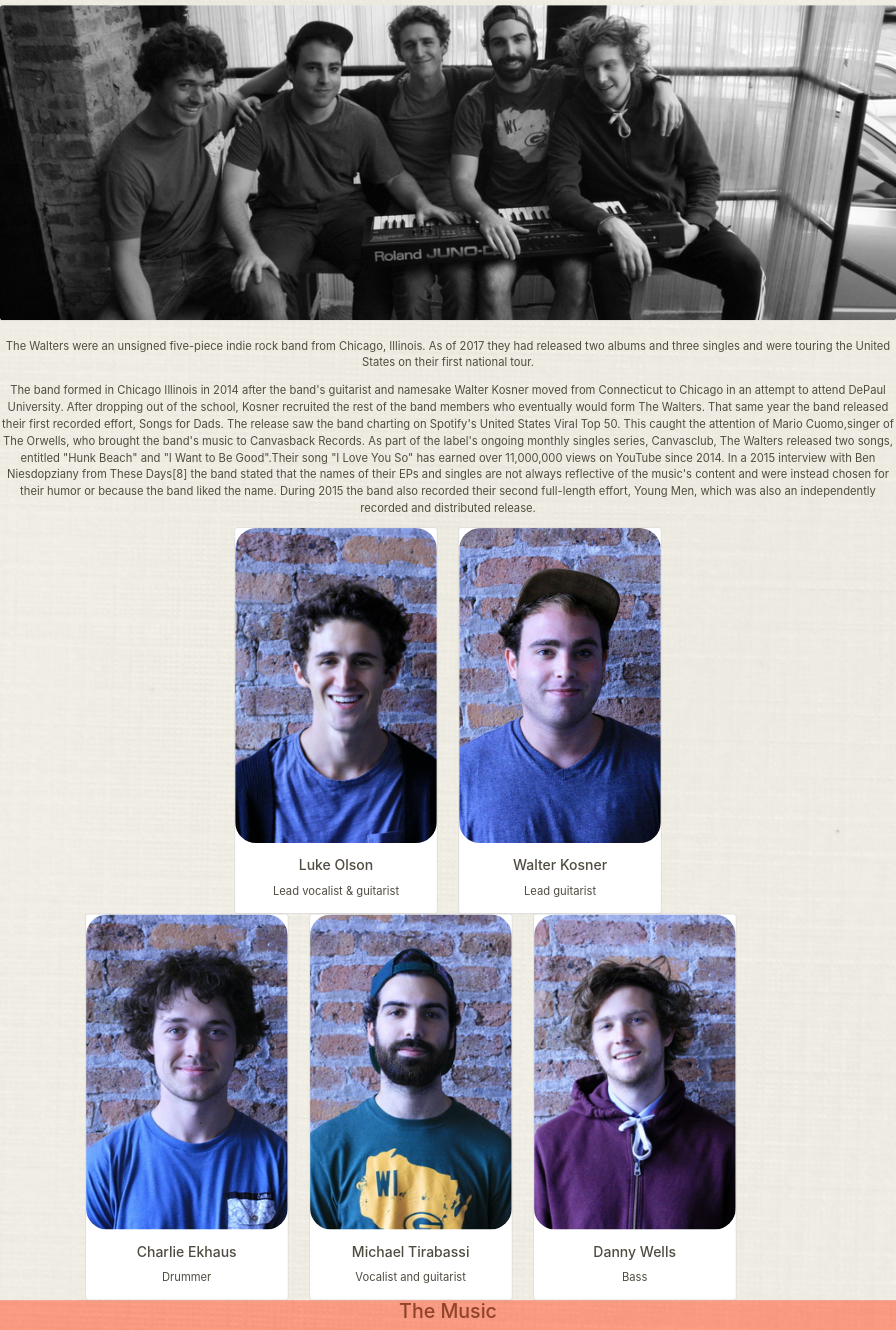
Repository: yucheng91/CIassignment1
Page: index.html
The author's editor kept a record of every edit. The page is drawn from the files as they stood at one moment, then again after the next edit.
The browser window is 1280 px wide. The pictures show the part of the page from y = 968 to 2868 px (the page is 4039 px tall before and 4054 px after), at 70% of full size.
Pictures or frames that could not be fetched are drawn as grey boxes.

Above is the page before.

### index.html
<!doctype html>
<html lang="en">

<head>
  <!-- Required meta tags -->
  <meta charset="utf-8">
  <meta name="viewport" content="width=device-width, initial-scale=1, shrink-to-fit=no">

  <!-- Bootstrap CSS -->
  <link rel="stylesheet" href="https://stackpath.bootstrapcdn.com/bootstrap/4.3.1/css/bootstrap.min.css" integrity="sha384-ggOyR0iXCbMQv3Xipma34MD+dH/1fQ784/j6cY/iJTQUOhcWr7x9JvoRxT2MZw1T" crossorigin="anonymous">
  <link rel="stylesheet" href="newstyle.css" type="text/css" />
  <link rel="stylesheet" href="https://maxcdn.bootstrapcdn.com/font-awesome/4.7.0/css/font-awesome.min.css" type="text/css" />
  <title>The Walters</title>
</head>

<body>
  <header>
    <div class="container-fluid">
      <div class="row">
        <div class="col">
          <a name="Home" />
          <div class="vintage__container">
            <p class="vintage vintage__bot">THE WALTERS</p>
          </div>
        </div>
      </div>
      <div>
        <a href="https://www.facebook.com"><i class="fa fa-facebook-square fa-2x" aria-hidden="true"></i></a>
        <a href="https://www.twitter.com"><i class="fa fa-twitter-square fa-2x" aria-hidden="true"></i></a>
        <a href="https://www.youtube.com"><i class="fa fa-youtube-square fa-2x" aria-hidden="true"></i></a>
      </div>
    </div>
    </div>
  </header>

  <section id="thecarousel">
    <div id="carouselExampleControls" class="carousel slide" data-ride="carousel">
      <div class="carousel-inner">
        <div class="carousel-item active">
          <img class="d-block w-100" src="images/c1.jpg" alt="First slide">
        </div>
        <div class="carousel-item">
          <img class="d-block w-100" src="images/c2.jpg" alt="Second slide">
        </div>
        <div class="carousel-item">
          <img class="d-block w-100" src="images/c3.jpg" alt="Third slide">
        </div>
      </div>
      <a class="carousel-control-prev" href="#carouselExampleControls" role="button" data-slide="prev">
    <span class="carousel-control-prev-icon" aria-hidden="true"></span>
    <span class="sr-only">Previous</span>
  </a>
      <a class="carousel-control-next" href="#carouselExampleControls" role="button" data-slide="next">
    <span class="carousel-control-next-icon" aria-hidden="true"></span>
    <span class="sr-only">Next</span>
  </a>
    </div>
  </section>

  <section id="upcomingshow">
    <div>
      <h1>Upcoming Shows 2019</h1>
      <div class="container-fluid">
        <div class="row">
          <div class="col-12 col-md-3">
            <p>26-27 JUL</p>
          </div>
          <div class="col-12 col-md-6">
            <p>Hard Rock Hotel, Resort World Sentosa</p>
          </div>
          <div class="col-12 col-md-3 text-center">
            <a href="https://www.eventbrite.sg"><button type="button" class="btn btn-dark">RSVP</button></p></a>
          </div>
        </div>

        <div class="row">
          <div class="col-12 col-md-3">
            <p>30-31 AUG</p>
          </div>
          <div class="col-12 col-md-6">
            <p>Hard Rock Cafe, Orchard Singapore</p>
          </div>
          <div class="col-12 col-md-3 text-center">
            <a href="https://www.eventbrite.sg"><button type="button" class="btn btn-dark">RSVP</button></p></a>
          </div>
        </div>
        <div class="row">
          <div class="col-12 col-md-3">
            <p>27-28 SEP</p>
          </div>
          <div class="col-12 col-md-6">
            <p>Hard Rock Hotel, Resort World Sentosa</p>
          </div>
          <div class="col-12 col-md-3 text-center">
            <a href="https://www.eventbrite.sg"><button type="button" class="btn btn-dark">RSVP</button></p></a>
          </div>
        </div>
        <div class="row">
          <div class="col-12 col-md-3">
            <p>27-28 SEP</p>
          </div>
          <div class="col-12 col-md-6">
            <p>Hard Rock Hotel, Resort World Sentosa</p>
          </div>
          <div class="col-12 col-md-3 text-center">
            <a href="https://www.eventbrite.sg"><button type="button" class="btn btn-dark">RSVP</button></p></a>
          </div>
        </div>
      </div>
  </section>

  <section id="themembers">
    <div class="members">
      <a name="TheWalters" />
      <h1>The Walters</h1>
      <img src="images/groupphoto.jpeg" class="img-fluid rounded" alt="Responsive image">
      <br><br>
      <p>The Walters were an unsigned five-piece indie rock band from Chicago, Illinois. As of 2017 they had released two albums and three singles and were touring the United States on their first national tour.</p>
      <p>The band formed in Chicago Illinois in 2014 after the band's guitarist and namesake Walter Kosner moved from Connecticut to Chicago in an attempt to attend DePaul University. After dropping out of the school, Kosner recruited the rest of the band
        members who eventually would form The Walters. That same year the band released their first recorded effort, Songs for Dads. The release saw the band charting on Spotify's United States Viral Top 50. This caught the attention of Mario Cuomo,singer
        of The Orwells, who brought the band's music to Canvasback Records. As part of the label's ongoing monthly singles series, Canvasclub, The Walters released two songs, entitled "Hunk Beach" and "I Want to Be Good".Their song "I Love You So" has
        earned over 11,000,000 views on YouTube since 2014. In a 2015 interview with Ben Niesdopziany from These Days[8] the band stated that the names of their EPs and singles are not always reflective of the music's content and were instead chosen for
        their humor or because the band liked the name. During 2015 the band also recorded their second full-length effort, Young Men, which was also an independently recorded and distributed release.</p>
      <div class="container-fluid">
        <div class="row">
          <div class="col-3"></div>
          <div class="col-12 col-md-3 card-padding">
            <div class="card">
              <img class="card-img-top" src="images/LukeOlson.png" alt="Card image cap">
              <div class="card-body">
                <h5 class="card-title">Luke Olson</h5>
                <p class="card-text">Lead vocalist & guitarist</p>
              </div>
            </div>
          </div>
          <div class="col-12 col-md-3 card-padding">
            <div class="card">
              <img class="card-img-top" src="images/walterkosner.png" alt="Card image cap">
              <div class="card-body">
                <h5 class="card-title">Walter Kosner</h5>
                <p class="card-text">Lead guitarist</p>
              </div>
            </div>
          </div>
          <div class="col-3"></div>
        </div>
        <div class="row">
          <div class="col-1"></div>
          <div class="col-12 col-md-3 card-padding">
            <div class="card">
              <img class="card-img-top" src="images/CharlieEkhaus.jpeg" alt="Card image cap">
              <div class="card-body">
                <h5 class="card-title">Charlie Ekhaus</h5>
                <p class="card-text">Drummer</p>
              </div>
            </div>
          </div>
          <div class="col-12 col-md-3 card-padding">
            <div class="card">
              <img class="card-img-top" src="images/MJTirabassi.jpeg" alt="Card image cap">
              <div class="card-body">
                <h5 class="card-title">Michael Tirabassi</h5>
                <p class="card-text">Vocalist and guitarist</p>
              </div>
            </div>
          </div>
          <div class="col-12 col-md-3 card-padding">
            <div class="card">
              <img class="card-img-top" src="images/DannyWells.png" alt="Card image cap">
              <div class="card-body">
                <h5 class="card-title">Danny Wells</h5>
                <p class="card-text">Bass</p>
              </div>
            </div>
          </div>
          <div class="col-1"></div>
        </div>
      </div>
    </div>
  </section>


  <section id="themusic">
    <div class="music">
      <a name="Music" />
      <h3>The Music</h3>
      <div class="container-fluid">
        <div class="row">
          <div class="col-2"></div>
          <div class="col-12 col-md-4">
            <iframe src="https://open.spotify.com/embed/album/3MFTbUnA8C9T6KCBb0gpH5" style="border: 0; width: 100%; height: 380px;" allowfullscreen allow="autoplay; encrypted-media"></iframe>
          </div>
          <div class="col-12 col-md-4">
            <iframe src="https://open.spotify.com/embed/album/5ADia0t4o7pA8dyi8jRA4E" style="border: 0; width: 100%; height: 380px;" allowfullscreen allow="autoplay; encrypted-media"></iframe>
          </div>
          <div class="col-2"></div>
        </div>
  </section>

  <section id="thevideo">
    <div class="video">
      <a name="Video" />
      <h3>The Video</h3><br/>
      <div class="embed-responsive embed-responsive-16by9">
        <iframe class="embed-responsive-item" src="https://www.youtube.com/embed/5zfrnme2nJ4" allowfullscreen></iframe>
      </div>
    </div>
  </section>

  <footer>
    <ul class="nav justify-content-start">
      <li class="nav-item">
        <a class="nav-link active" href="#Home">Home</a>
      </li>
      <li class="nav-item">
        <a class="nav-link" href="#TheWalters">The Walters</a>
      </li>
      <li class="nav-item">
        <a class="nav-link" href="#Music">The Music</a>
      </li>
      <li class="nav-item">
        <a class="nav-link" href="#Video">The Video</a>
      </li>
    </ul>
    <!--<div class="navbar">-->
    <!--  <ul class="nav justify-content-start">-->
    <!--    <li class="nav-item">-->
    <!--      <a class="nav-link active" href="#Home">HOME</a>-->
    <!--    </li>-->
    <!--    <li class="nav-item">-->
    <!--      <a class="nav-link" href="#TheWalters">THE WALTERS</a>-->
    <!--    </li>-->
    <!--    <li class="nav-item">-->
    <!--      <a class="nav-link" href="#Music">MUSIC</a>-->
    <!--    </li>-->
    <!--    <li class="nav-item">-->
    <!--      <a class="nav-link" href="#Video">VIDEO</a>-->
    <!--    </li>-->
    <!--  </ul>-->
    <!--</div>-->
  </footer>

  <!-- Optional JavaScript -->
  <!-- jQuery first, then Popper.js, then Bootstrap JS -->
  <script src="https://code.jquery.com/jquery-3.3.1.slim.min.js" integrity="sha384-q8i/X+965DzO0rT7abK41JStQIAqVgRVzpbzo5smXKp4YfRvH+8abtTE1Pi6jizo" crossorigin="anonymous"></script>
  <script src="https://cdnjs.cloudflare.com/ajax/libs/popper.js/1.14.7/umd/popper.min.js" integrity="sha384-UO2eT0CpHqdSJQ6hJty5KVphtPhzWj9WO1clHTMGa3JDZwrnQq4sF86dIHNDz0W1" crossorigin="anonymous"></script>
  <script src="https://stackpath.bootstrapcdn.com/bootstrap/4.3.1/js/bootstrap.min.js" integrity="sha384-JjSmVgyd0p3pXB1rRibZUAYoIIy6OrQ6VrjIEaFf/nJGzIxFDsf4x0xIM+B07jRM" crossorigin="anonymous"></script>
</body>

</html>

### newstyle.css
/* global $*/

/*vintage container for the walters header*/

.vintage__container {
  display: inline-block;
  margin: 25px auto 40px;
}

.vintage {
  font-family: 'Six Caps', sans-serif;
  font-size: 50px;
  letter-spacing: 10px;
  line-height: 1;
  margin: 0;
  position: relative;
}

.vintage__top {
    color:rgb(255, 228, 193);
    position: absolute;
}

.vintage__bot {
  text-shadow:
    0px 0px rgb(255, 228, 193),
    1px 1px rgb(255, 228, 193),
    2px 2px rgb(100, 20, 15),
    3px 3px rgb(105, 25, 20),
    4px 4px rgb(110, 30, 25),
    5px 5px rgb(115, 30, 30),
    6px 6px rgb(120, 30, 35),
    7px 7px black,
    8px 8px black,
    9px 9px black,
    10px 10px black,
    11px 11px rgba(0, 0, 0, 0.9),
    12px 12px rgba(0, 0, 0, 0.7),
    13px 13px rgba(0, 0, 0, 0.5),
    14px 14px rgba(0, 0, 0, 0.1);

}

/*Style for entire website*/

body {
    text-align:center;
    background:url("images/background2.jpg");
}

header {
    background-color:#f1ede2B3;
    color:rgb(80,76,65);
}

i {
    color:rgb(162,155,126);
}

/*img is only for carousel*/
img {
    height: 500px;
    width: 100%;
    object-fit: cover;
}

#upcomingshow{
    background-color:#8adad7B3;
    color:rgb(54,138,138);
}

.text-content {
    font-family: 'Space Mono', monospace;
}

#themembers{
    background-color:#f1ede2B3;
    color:rgb(80,76,65)
}

#themembers img{
    border-radius: 30px;
    height:450px;
}

#themusic{
    background-color:#ff7858B3;
    color:rgb(144,67,41);
}

#thevideo{
    background-color:#f1ede2B3;
    color:rgb(80,76,65)
}

h1 {
    font-family: 'Allerta Stencil',sans-serif;
    text-decoration:underline;
}

footer {
    position: fixed;
    bottom: 0;
    width: 100%;
    padding:0;
    background-color:#f5cd6bF2;
}

footer a {
    color:rgb(158,110,2);
}

/*Font change to address the size change*/
@media (max-width: 767px) {
    body {
        font-size: 15px;
    }

    h1 {
        font-size: 27px;
    }

    h2 {
        font-size: 20px;
    }

    p {
        font-size: 15px;
    }

    navbar {
        font-size: 15px;
    }

}

@media (max-width:375px) {
    section {
        padding-bottom:76px;
    }
}

After the next edit:
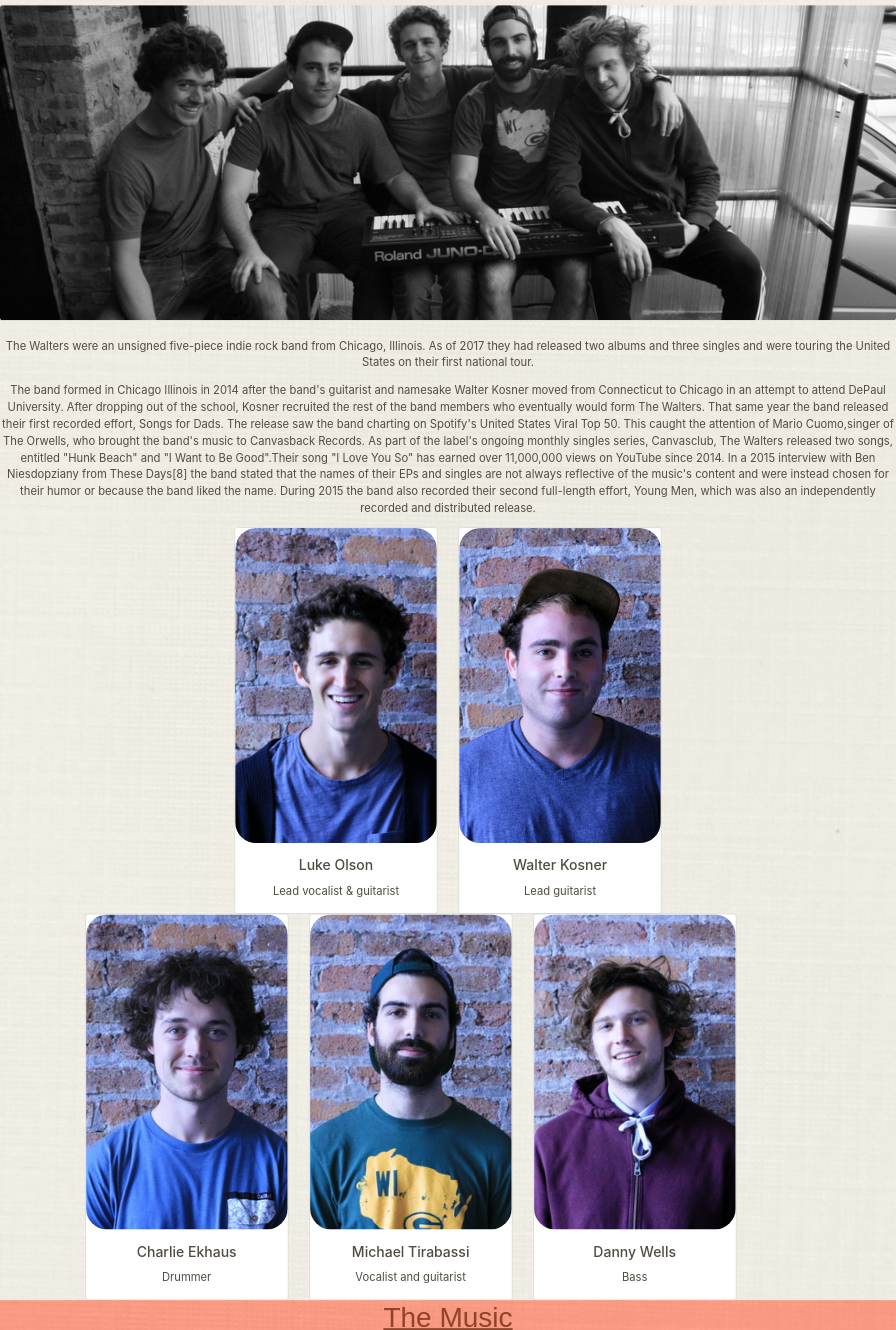
The edit:
--- a/index.html
+++ b/index.html
@@ -183,7 +183,7 @@
   <section id="themusic">
     <div class="music">
       <a name="Music" />
-      <h3>The Music</h3>
+      <h1>The Music</h1>
       <div class="container-fluid">
         <div class="row">
           <div class="col-2"></div>
